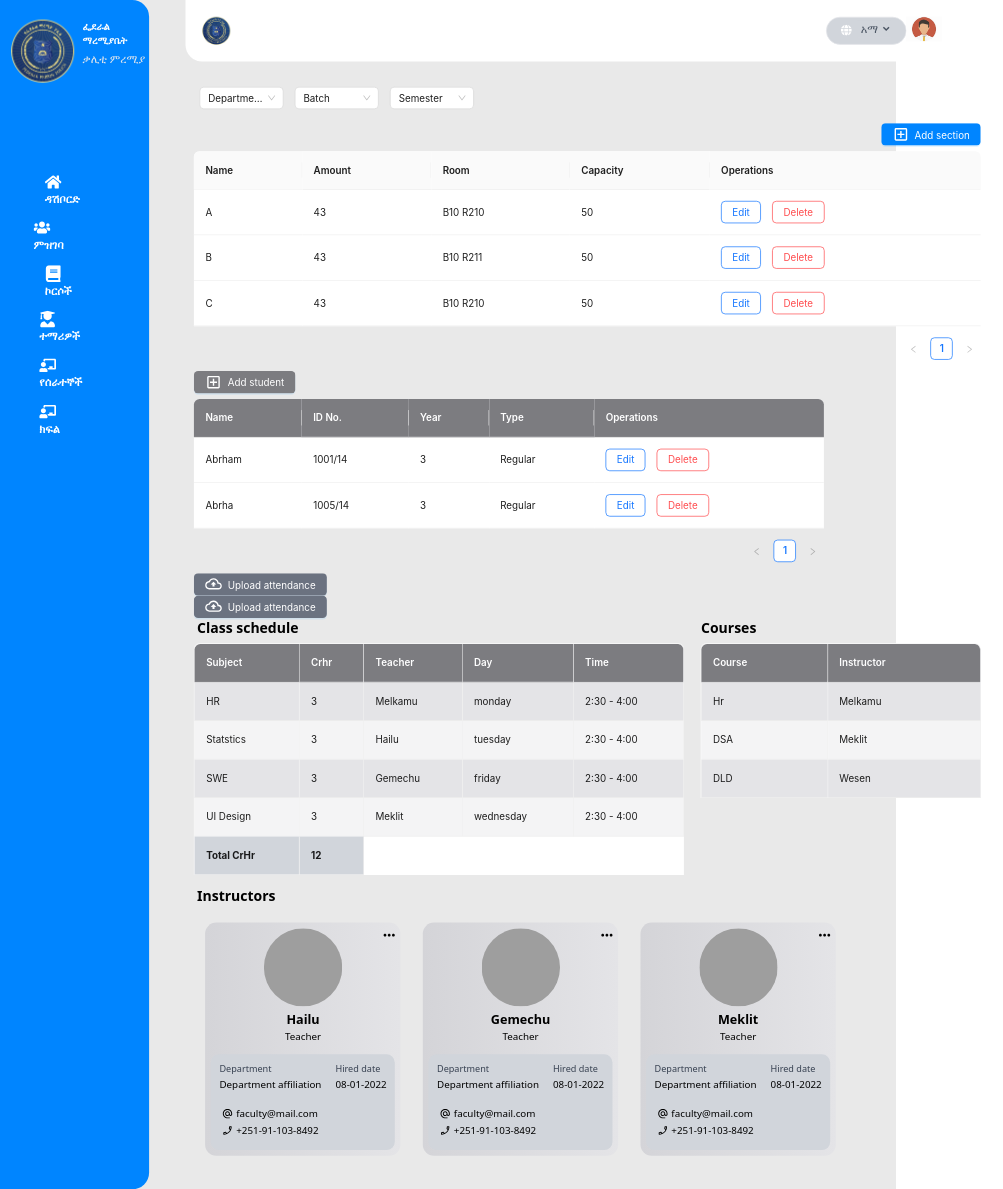
Repository: Yigoya/federal-prison-education-ms-frontend
Page: /classroom, after clicking the first element matching `td.ant-table-cell > a`
These files come from the project's save history. The page is drawn as it stood at one moment and after the next save; the edit follows.
The browser window is 1280 px wide. The page is 1433 px wide, so the pictures cover 1433 px, including what lies to the right of the window. The pictures show the whole page, at 70% of full size.
Pictures or frames that could not be fetched are drawn as grey boxes. The project was rebuilt for these pictures with package versions that can differ from the ones it lists, and the page was loaded fresh each time. Also part of the build but not shown: vite.config.js, src/pages/DashBoard.jsx, src/pages/Courses.jsx, src/layout/AuthLayout.jsx, src/pages/Login.jsx, src/pages/Teachers.jsx, src/pages/StudentRegistration.jsx, src/components/classroom/ComboBox.jsx and 1 more. Imported but missing from the stored project, and not drawn on this page: src/pages/Students.

Above is the page before, as saved 2024-07-05 16:51:19.

### src/App.jsx
// import { useState } from "react";
import "./App.css";
import { Routes, Route } from "react-router-dom";
import DashBoard from "./pages/DashBoard";
// import Register from "./pages/Register";
import Students from "./pages/Students";
import Courses from "./pages/Courses";
import RootLayout from "./layout/RootLayout";
import AuthLayout from "./layout/AuthLayout";
import Login from "./pages/Login";
import Teachers from "./pages/Teachers";
// import { useTranslation } from "react-i18next";
import { StudentRegistration } from "./pages/StudentRegistration";
import Classroom from "./pages/Classroom";
function App() {
  // const [count, setCount] = useState(0);
  // const { t } = useTranslation();
  return (
    <>
      <Routes>
        <Route element={<AuthLayout />}>
          <Route path="/login" element={<Login />} />
        </Route>
        <Route element={<RootLayout />}>
          <Route path="/" element={<DashBoard />} />
          <Route path="/register" element={<StudentRegistration />} />
          <Route path="/students" element={<Students />} />
          <Route path="/courses" element={<Courses />} />
          <Route path="/allcourse" element={<Courses />} />
          <Route path="/addcourse" element={<Courses />} />
          <Route path="/managecourse" element={<Courses />} />
          <Route path="/classroom" element={<Classroom />} />
          <Route path="/grading" element={<Courses />} />
          <Route path="/staffprofile" element={<Courses />} />
          <Route path="/examscheduling" element={<Teachers />} />
        </Route>
      </Routes>
    </>
  );
}

export default App;

### src/App.css
/* Header row background color */
.ant-table-thead > tr > th {
    background-color: #0085FF; /* Set your desired background color here */
    color: #fff; /* Set the text color if needed */
  }

### src/layout/RootLayout.jsx
// import React from 'react'
import { Outlet } from "react-router-dom";
import Navbar from "../components/Navbar";
import SideBar from "../components/SideBar";
function RootLayout() {
  return (
    <div className="flex flex-row w-full min-h-dvh gap-8 bg-[#E9E9E9]">
        <SideBar />

      <div className="w-full min-h-dvh max-h-full">
        <Navbar />
        <div className="flex-1 flex overflow-hidden">
          <section className="flex-1 overflow-y-scroll">
            <Outlet />
          </section>
        </div>
      </div>
    </div>
  );
}

export default RootLayout;

### src/pages/Classroom.jsx
import { useState } from "react";
import Selector from '../components/classroom/Selector.jsx';
import SectionsTable from "../components/classroom/SectionsTable.jsx";
import NewSectionDrawer from "../components/classroom/NewSectionDrawer.jsx";
import {
  departmentOptions,
  yearOptions,
  semesterOptions,
} from "../data/classroomArrayData.js";
import { Button } from "antd";
import AddBoxOutlinedIcon from "@mui/icons-material/AddBoxOutlined";

const Classroom = () => {
  const [drawerVisiblity, setDrawerVisiblity] = useState(false);
  const handleClick = () => {
    setDrawerVisiblity(prevState => !prevState);
  };

  return (
    <div className="p-8 ">
      <Selector typeName="Department" options={departmentOptions} />
      <Selector typeName="Batch" options={yearOptions} />
      <Selector typeName="Semester" options={semesterOptions} />

      {/* sections table */}
      <div className="mt-4">
        {drawerVisiblity && <NewSectionDrawer visiblity = {drawerVisiblity}/>}
        <div className="grid justify-items-end">
          <Button
            className="bg-[#0085FF] mb-2"
            type="primary"
            onClick={handleClick}
          >
            <AddBoxOutlinedIcon />
            Add section
          </Button>
        </div>
        <SectionsTable />
      </div>
    </div>
  );
};

export default Classroom;

### src/components/Navbar.jsx
import React from 'react'
import { AiOutlineSearch } from 'react-icons/ai';
import logo from '../assets/images/fdre_logo.png'
import { FaGlobe } from 'react-icons/fa';
import avatar from '../assets/images/Avatar.jpg'
import { useTranslation } from 'react-i18next';
function Navbar() {
  const { i18n } = useTranslation();

  const handleLanguageChange = (event) => {
    i18n.changeLanguage(event.target.value);
  };
  return (
    <div className='mr-16 '>
      <div className='bg-white rounded-b-3xl p-6 ml-5 flex justify-between'>
        <div style={{ width: '40px' }} >
          <img src={logo}  alt="logo" />
        </div>
        <div className='flex '>
          <div className='py-1 px-5 border rounded-full bg-gray-300 '>
           <FaGlobe className='inline-block text-white mr-2'/>
            <select onChange={handleLanguageChange} className='inline-block bg-gray-300 text-gray-600' id="">
              <option value="am">አማ</option>
              <option value="en">En</option>
              <option value="or">Oro</option>
            </select>
          </div>
          <div>
            <img src={avatar} width={'50px'}/>
          </div>
        </div>
      </div>

    </div>
  )
}

export default Navbar

### src/components/SideBar.jsx
import { FaHome, FaUserGraduate, FaBook, FaChalkboardTeacher, FaUsers } from 'react-icons/fa';

import logo from '../assets/images/fdre_logo.png'
import { Link } from 'react-router-dom'
import { useTranslation } from 'react-i18next';
function SideBar() {
const {t} = useTranslation()
  return (
    <div className='w-1/4 bg-[#0085FF] rounded-r-3xl'>
          <div className='mt-7 ml-4 flex'>
            <div className='mr-3'>
              <img src={logo} alt="logo" width={'100px'} />
            </div>
            <div>
              <p className ='font-bold text-sm text-white mb-1'>{t('FDRE')}</p>
              <p className='text-gray-200'>{t('kality')}</p>
            </div>

          </div>
          <div className='flex flex-col items-center font-bold text-white py-20 mt-10'>

            <Link className='hover:border border-gray-200 rounded-full hover:bg-gray-100 hover:text-[#0085FF] p-2 px-16 inline-block mr-4' to='/'> <FaHome className='inline-block mr-2 text-2xl'/>{t('dashboard')}</Link>
            <Link className='hover:border border-gray-200 rounded-full py-2 px-12 hover:bg-gray-100 hover:text-[#0085FF] inline-block mr-10 ' to='/register'><FaUsers className='inline-block mr-2 text-2xl'/> {t('register')}</Link>
            <Link className='hover:border border-gray-200 rounded-full py-2 px-16 hover:bg-gray-100 hover:text-[#0085FF] inline-block mr-10 ' to='/courses'><FaBook className='inline-block mr-3  text-2xl'/>{t('courses')}</Link>
            <Link className='hover:border border-gray-200 rounded-full py-2 px-14 hover:bg-gray-100 hover:text-[#0085FF] inline-block mr-8' to='/students'> <FaUserGraduate className='inline-block mr-5  text-2xl'  />{t('students')}</Link>
            <Link className='hover:border border-gray-200 rounded-full py-2 px-14 hover:bg-gray-100 hover:text-[#0085FF] inline-block mr-10' to='/teachers'><FaChalkboardTeacher className='inline-block  mr-5  text-2xl'/>{t('staff')}</Link>
            <Link className='hover:border border-gray-200 rounded-full py-2 px-14 hover:bg-gray-100 hover:text-[#0085FF] inline-block mr-10' to='/classroom'><FaChalkboardTeacher className='inline-block  mr-5  text-2xl'/>{t('classroom')}</Link>

          </div>
        </div>

  )
}

export default SideBar

### src/pages/login.css

* {
    margin: 0;
    box-sizing: border-box;

}
.page {
    height: 100vh;
    width: 100%;
    display: flex;
    justify-content: center;
    align-items: center;
}

.cover {
    background-color: white;
    width: 30em;
    height: 25em;
    position: relative;
    border-radius: 1em;
    box-shadow: 0 0.188em 1.550em rgb(156, 156, 156);
    display: flex;
    flex-direction: column;
    align-items:center;
    justify-content:space-between;
    margin-right: 40px;

}

.container {
    display: flex;
    justify-content: space-between;
    align-items: center;

  }
.image-section {
    margin-left: 20px;
    padding: 100px;

}
.image-section img {
    margin-top: 2px;
    width: "200px";
    height: "200px";
    border-radius: "50%";
    object-fit: contain;

  }

input {
    border: none;
    background-color: rgb(229, 226, 226);
    width: 80%;
    border-radius: 0.25em;
    text-align: center;
    padding: 2em;
    font-size: 0.75em;
}

input:focus {
    outline-color: rgb(32, 177, 255);
}

.btn {
    width: 40%;
    height: 3em;
    background-color: rgb(32, 177, 255);
    display: flex;
    justify-content: center;
    align-items: center;
    transition: 0.5s;
    border-radius: 0.25em;
    cursor: pointer;
}

### src/components/classroom/Selector.jsx
// /* eslint-disable react/prop-types */
import { Select, Space } from 'antd';


const handleChange = (value) => {
  console.log(`selected ${value}`);
};

const Selector = ({typeName, options} ) => (
  <Space wrap>
    <Select
      className='mx-2 my-1'
      defaultValue={typeName}
      style={{
        width: 120,
      }}
      onChange={handleChange}
      options={options} // array of options
    />
  </Space>
);
export default Selector;

### src/components/classroom/SectionsTable.jsx
import { Space, Table, Button } from "antd";
import { sectionsData as data } from "../../data/classroomArrayData.js";
import { useState } from "react";
import StudentsTable from "./StudentsTable.jsx";
import ClassSchedule from "./ClassSchedule.jsx";
import CoursesList from "./CoursesList.jsx";
import InstructorDetails from "./InstructorDetails.jsx";
import UploadCenter from "./UploadCenter.jsx";

const SectionsTable = () => {
  const [activeSection, setActiveSection] = useState(null);

  const columns = [
    {
      title: "Name",
      dataIndex: "name",
      key: "name",
      render: (text) => <a onClick={() => handleSectionClick(text)}>{text}</a>,
    },
    {
      title: "Amount",
      dataIndex: "amount",
      key: "amount",
    },
    {
      title: "Room",
      dataIndex: "room",
      key: "room",
    },
    {
      title: "Capacity",
      dataIndex: "capacity",
      key: "capacity",
    },
    {
      title: "Operations",
      key: "action",
      render: () => (
        <Space size="middle">
          <Button type="primary" ghost>
            Edit
          </Button>
          <Button type="primary" danger ghost>
            Delete
          </Button>
        </Space>
      ),
    },
  ];

  const handleSectionClick = (sectionName) => {
    setActiveSection((prev) => (prev === sectionName ? null : sectionName));
  };

  return (
    <div>
      <Table columns={columns} dataSource={data} />
      {activeSection && (
        <div>
          <StudentsTable section={activeSection} />
          <UploadCenter text={"Upload attendance"} color={"bg-gray-500"} />
          <UploadCenter text={"Upload attendance"} color={"bg-gray-500"} />
          <div className="flex gap-3">
            <ClassSchedule /> <br />
            <CoursesList />
          </div>
          <h1 className="text-xl mb-2 mt-4 ml-1 font-bold">Instructors</h1>
          <div className="flex">
            <InstructorDetails instructor={"Hailu"}/>
            <InstructorDetails instructor={"Gemechu"}/>
            <InstructorDetails instructor={"Meklit"}/>
          </div>
        </div>
      )}
    </div>
  );
};
export default SectionsTable;

### src/data/classroomArrayData.js
export const departmentOptions = [
  {
    label: "Software",
    value: "software",
  },
  {
    label: "Human Resources",
    value: "human_resources",
  },
  {
    label: "Marketing",
    value: "marketing",
  },
  {
    label: "Sales",
    value: "sales",
  },
  {
    label: "Finance",
    value: "finance",
  },
  {
    label: "Customer Support",
    value: "customer_support",
  },
  {
    label: "IT",
    value: "it",
  },
];

export const yearOptions = [
  {
    label: "1",
    value: 1,
  },
  {
    label: "2",
    value: 2,
  },
  {
    label: "3",
    value: 3,
  },
  {
    label: "4",
    value: 4,
  },
];

export const semesterOptions = [
  {
    label: "I",
    value: 1,
  },
  {
    label: "II",
    value: 2,
  },
];

export const courseOptions = [
  {
    label: "DSA",
    value: "dsa",
  },
  {
    label: "FLAT",
    value: "flat",
  },
  {
    label: "DLD",
    value: "dld",
  },
  {
    label: "OS",
    value: "os",
  },
];

export const studentsData = [
  {
    key: "1",
    name: "Abrham",
    id: "1001/14",
    year: "3",
    type: "Regular",
    section: "A",
  },
  {
    key: "1",
    name: "Abrha",
    id: "1005/14",
    year: "3",
    type: "Regular",
    section: "A",
  },
  {
    key: "2",
    name: "Aster",
    id: "1002/14",
    year: "3",
    type: "Regular",
    section: "B"
  },
  {
    key: "3",
    name: "Askal",
    id: "1003/14",
    year: "3",
    type: "Regular",
    section: "C"
  },
];

export const sectionsData = [
  {
    name: "A",
    amount: 43,
    room: "B10 R210",
    capacity: 50,
  },
  {
    name: "B",
    amount: 43,
    room: "B10 R211",
    capacity: 50,
  },
  {
    name: "C",
    amount: 43,
    room: "B10 R210",
    capacity: 50,
  },
];

### src/components/classroom/StudentsTable.jsx
import { Space, Table, Button } from "antd";
import { studentsData as data } from "../../data/classroomArrayData.js";
import AddBoxOutlinedIcon from "@mui/icons-material/AddBoxOutlined";

const columns = [
  {
    title: "Name",
    dataIndex: "name",
    key: "name",
    render: (text) => <a>{text}</a>,
    onHeaderCell: () => ({
      style: { backgroundColor: "#7c7c80", color: "#fff" },
    }),
  },
  {
    title: "ID No.",
    dataIndex: "id",
    key: "id",
    onHeaderCell: () => ({
      style: { backgroundColor: "#7c7c80", color: "#fff" },
    }),
  },
  {
    title: "Year",
    dataIndex: "year",
    key: "year",
    onHeaderCell: () => ({
      style: { backgroundColor: "#7c7c80", color: "#fff" },
    }),
  },
  {
    title: "Type",
    dataIndex: "type",
    key: "type",
    onHeaderCell: () => ({
      style: { backgroundColor: "#7c7c80", color: "#fff" },
    }),
  },
  {
    title: "Operations",
    key: "action",
    onHeaderCell: () => ({
      style: { backgroundColor: "#7c7c80", color: "#fff" },
    }),
    render: () => (
      <Space size="middle">
        <Button type="primary" ghost>
          Edit
        </Button>
        <Button type="primary" danger ghost>
          Delete
        </Button>
      </Space>
    ),
  },
];

// eslint-disable-next-line react/prop-types
const StudentsTable = ({ section }) => {
  return (
    <div>
      <Button className="bg-[#7c7c80] mb-2" type="primary">
        <AddBoxOutlinedIcon />
        Add student
      </Button>
      <Table
        className="w-[900px]"
        columns={columns}
        dataSource={data.filter((student) => student.section === section)}
      />
      {console.log("the section clicked is : ", section)}
    </div>
  );
};
export default StudentsTable;

### src/components/classroom/ClassSchedule.jsx
import { Table, Typography } from "antd";
const { Text } = Typography;


const columns = [
  {
    title: "Subject",
    dataIndex: "subject",
    onHeaderCell: () => ({
      style: { backgroundColor: "#7c7c80", color: "#fff" },
    }),
  },
  {
    title: "Crhr",
    dataIndex: "crhr",
    onHeaderCell: () => ({
      style: { backgroundColor: "#7c7c80", color: "#fff" },
    }),
  },
  {
    title: "Teacher",
    dataIndex: "teacher",
    onHeaderCell: () => ({
      style: { backgroundColor: "#7c7c80", color: "#fff" },
    }),
  },
  {
    title: "Day",
    dataIndex: "day",
    onHeaderCell: () => ({
      style: { backgroundColor: "#7c7c80", color: "#fff" },
    }),
  },
  {
    title: "Time",
    dataIndex: "time",
    onHeaderCell: () => ({
      style: { backgroundColor: "#7c7c80", color: "#fff" },
    }),
  },
];
const data = [
  {
    key: "1",
    subject: "HR",
    crhr: 3,
    teacher: "Melkamu",
    day: "monday",
    time: "2:30 - 4:00",
  },
  {
    key: "2",
    subject: "Statstics",
    crhr: 3,
    teacher: "Hailu",
    day: "tuesday",
    time: "2:30 - 4:00",
  },
  {
    key: "3",
    subject: "SWE",
    crhr: 3,
    teacher: "Gemechu",
    day: "friday",
    time: "2:30 - 4:00",
  },
  {
    key: "3",
    subject: "UI Design",
    crhr: 3,
    teacher: "Meklit",
    day: "wednesday",
    time: "2:30 - 4:00",
  },
];

const ClassSchedule = () => (
  <div className="flex justify-center">
    <div>
      <h1 className="text-xl mb-2 ml-1 font-bold">Class schedule</h1>
      <Table
        className="w-[700px]"
        borderColor="#0085FF"
        columns={columns}
        dataSource={data}
        pagination={false}
        bordered
        rowClassName={(record, index) =>
          index % 2 === 0 ? "bg-zinc-200" : "bg-zinc-100"
        }
        summary={(pageData) => {
          let totalCrhr = 0;
          pageData.forEach(({ crhr }) => {
            totalCrhr += crhr;
          });
          return (
            <>
              <Table.Summary.Row className="font-bold bg-gray-300">
                <Table.Summary.Cell index={0}>Total CrHr</Table.Summary.Cell>
                <Table.Summary.Cell index={1}>
                  <Text>{totalCrhr}</Text>
                </Table.Summary.Cell>
              </Table.Summary.Row>
            </>
          );
        }}
      />
    </div>
  </div>
);
export default ClassSchedule;

### src/components/classroom/CoursesList.jsx
import { Table } from "antd";

const columns = [
  {
    title: "Course",
    dataIndex: "course",
    onHeaderCell: () => ({
      style: { backgroundColor: "#7c7c80", color: "#fff" },
    }),
  },
  {
    title: "Instructor",
    dataIndex: "instructor",
    onHeaderCell: () => ({
        style: { backgroundColor: "#7c7c80", color: "#fff" }
      })
  },
];
const data = [
  {
    key: "1",
    course: "Hr",
    instructor: "Melkamu",
  },
  {
    key: "2",
    course: "DSA",
    instructor: "Meklit",
  },
  {
    key: "3",
    course: "DLD",
    instructor: "Wesen",
  },
];

const CoursesList = () => (
  <>
    <div className="flex justify-center">
        <div>
        <h1 className="text-xl mb-2 font-bold">Courses</h1>
      <Table
        className="w-[400px]"
        columns={columns}
        dataSource={data}
        pagination={false}
        bordered
        rowClassName={(record, index) =>
          index % 2 === 0 ? "bg-zinc-200" : "bg-zinc-100"
        }
      />
        </div>

    </div>
  </>
);
export default CoursesList;

### src/components/classroom/InstructorDetails.jsx
import MoreHorizOutlinedIcon from "@mui/icons-material/MoreHorizOutlined";
import AlternateEmailOutlinedIcon from "@mui/icons-material/AlternateEmailOutlined";
import PhoneEnabledOutlinedIcon from "@mui/icons-material/PhoneEnabledOutlined";

const InstructorDetails = ({instructor}) => {
  return (
    <div className="m-4 w-fit p-2 w-2/5 rounded-2xl relative bg-gradient-to-r from-zinc-300 to-zinc-200">
      {/* Main content */}
      <div className="flex flex-col place-items-center">
        <div className="flex justify-between items-center">
          <img
            src="https://img.freepik.com/premium-vector/user-vector-icon-outline-style-isolated-white-background-mobile-app-website-logotype-ui-human-symbol-man-silhouette-social-member-sign-personal-profile-sign-10-eps_824631-3088.jpg?w=740"
            alt="Profile"
            className="h-28 w-28 rounded-full"
          />
          <div className="absolute top-0 right-0 mt-1 mr-1">
            <MoreHorizOutlinedIcon className="hover:text-sky-500"/>
          </div>
        </div>

        <h1 className="text-lg mt-1 font-semibold">{instructor}</h1>
        <p className="text-sm">Teacher</p>
      </div>

      {/* Additional info */}
      <div className="bg-gray-300 rounded-xl w-full p-3 leading-3.5 mt-4">
        <div className="flex gap-5">
          <div>
            <p className="text-[13px] text-gray-700">Department</p>
            <p className="text-[14px]">Department affiliation</p>
          </div>
          <div>
            <p className="text-[13px] text-gray-700">Hired date</p>
            <p className="text-[14px]">08-01-2022</p>
          </div>
        </div>

        <div className="mt-6 leading-4 text-[14px]">
          <div className="flex">
            <AlternateEmailOutlinedIcon className="pb-2" />
            <p>faculty@mail.com</p>
          </div>
          <div className="flex">
            <PhoneEnabledOutlinedIcon className="pb-2"/>
            <p>+251-91-103-8492</p>
          </div>
        </div>
      </div>
    </div>
  );
};

export default InstructorDetails;

### src/components/classroom/UploadCenter.jsx
import CloudUploadOutlinedIcon from '@mui/icons-material/CloudUploadOutlined';
import {Button} from 'antd';

const UploadCenter = ({text, color}) => {
  return (
    <div>
        <Button type="primary" className={color} icon={<CloudUploadOutlinedIcon className="text-sky-400"/>} > {text}</Button>
    </div>
  )
}

export default UploadCenter

Loaded but not shown: index.html (common file); src/main.jsx (common file); src/index.css (common file); tailwind.config.js (common file); src/i18n.js (152 lines, source omitted)

After the next save:
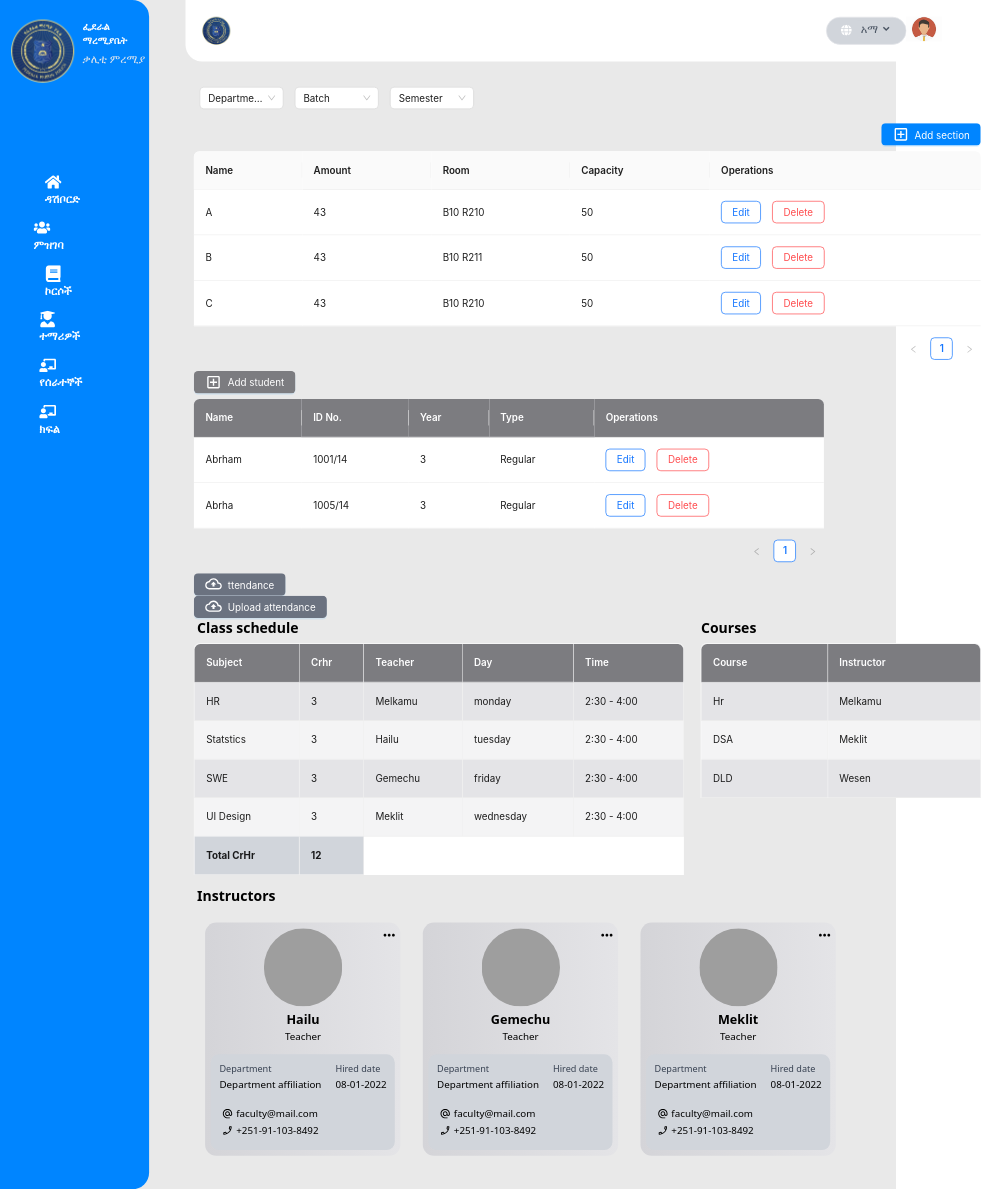
Saved 16 s later.
--- a/src/components/classroom/SectionsTable.jsx
+++ b/src/components/classroom/SectionsTable.jsx
@@ -58,7 +58,7 @@
       {activeSection && (
         <div>
           <StudentsTable section={activeSection} />
-          <UploadCenter text={"Upload attendance"} color={"bg-gray-500"} />
+          <UploadCenter text={"ttendance"} color={"bg-gray-500"} />
           <UploadCenter text={"Upload attendance"} color={"bg-gray-500"} />
           <div className="flex gap-3">
             <ClassSchedule /> <br />
